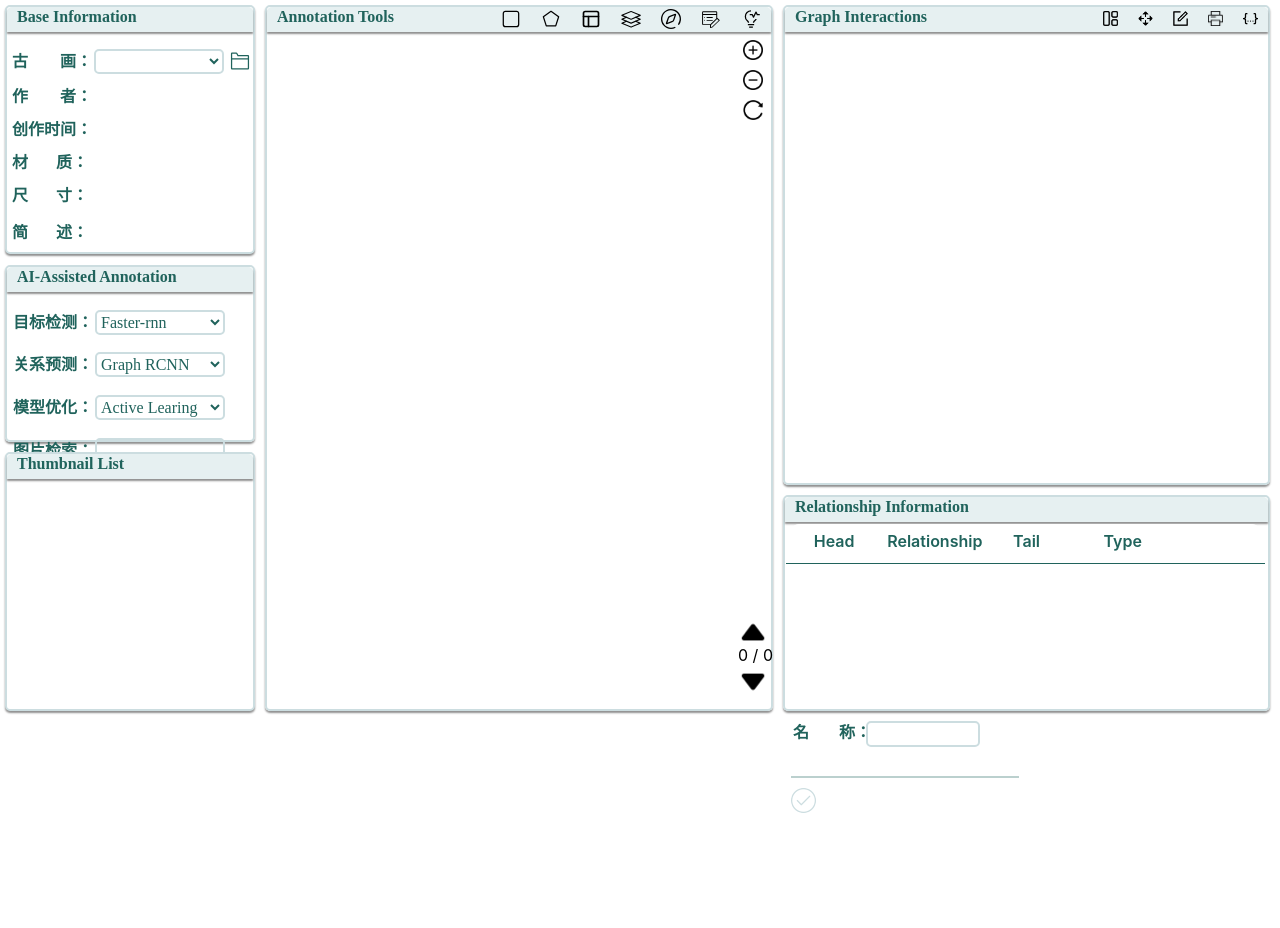
Repository: cailbh/ImageLabelTool
Page: /
The author's editor kept a copy of each file at every save. The page is drawn from the files as they stood at one save, then again after the next save.
The browser window is 1280 px wide. The pictures show the whole page.
The project was rebuilt for these pictures with package versions that can differ from the ones it lists, and the page was loaded fresh each time.

Above is the page before, as saved 2022-11-14 22:30:24.

After the next save:
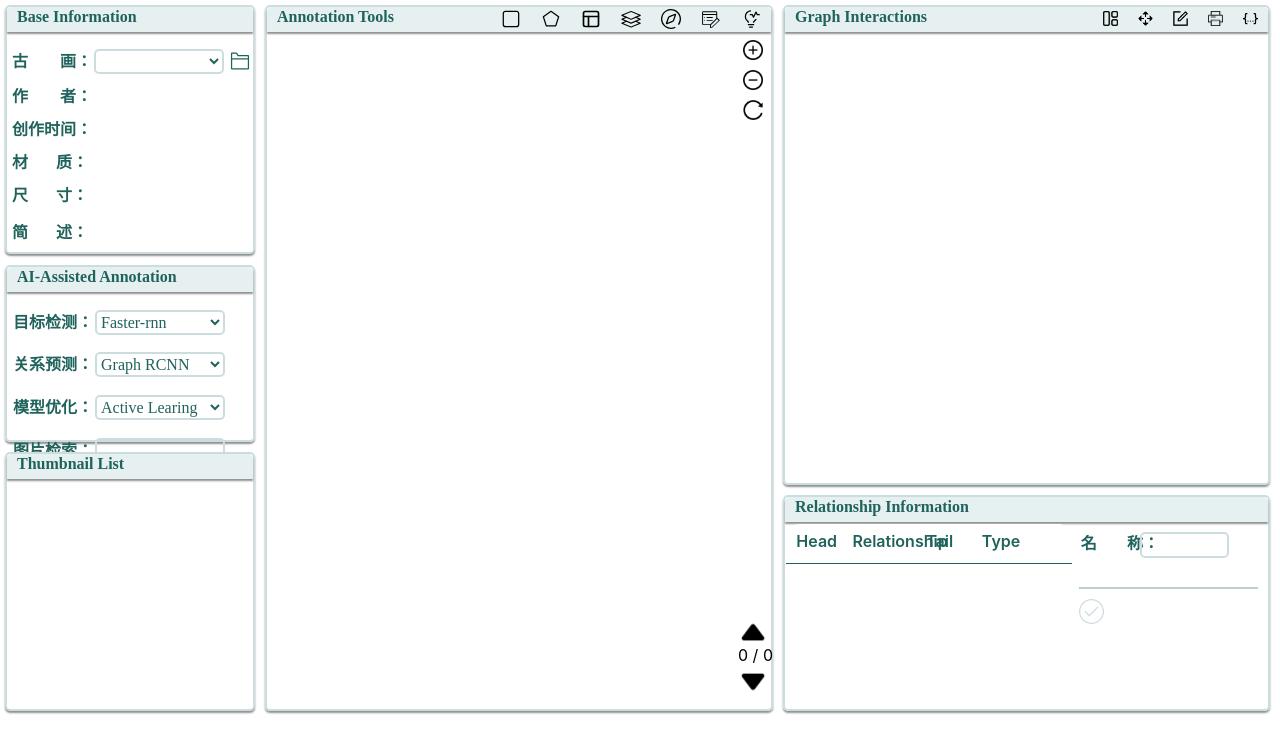
Saved 11 min 4 s later.
--- a/src/component/LabelDisplay/graph.css
+++ b/src/component/LabelDisplay/graph.css
@@ -197,14 +197,14 @@ position: relative;
     box-shadow:0px 2px 2px #909090
 }
 #attributeBox{
-    width: calc(50% - 4px);
+    width: calc(40% - 4px);
     height: calc(100% - 2px);
     overflow: 'auto';
     margin: 2px 1px;
     float: left;
 }
 #relationshipBox{
-    width: calc(100% - 4px);
+    width: calc(60% - 4px);
     height: calc(100% - 27px);
     /* width: 100%; */
     /* height: 100%; */
